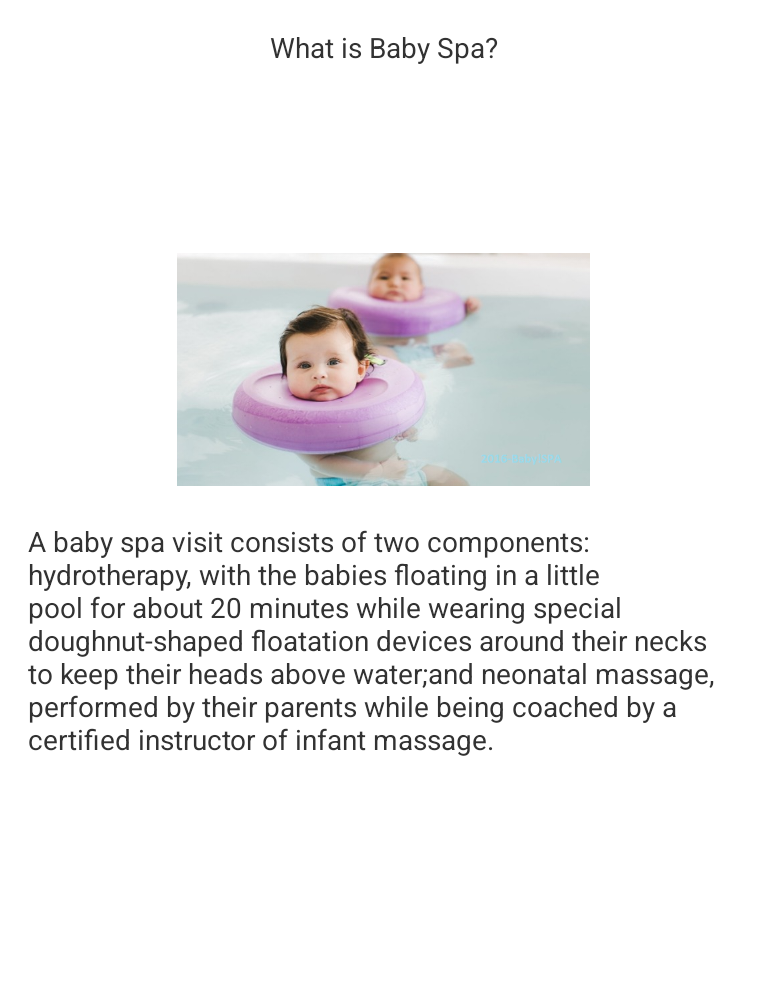
Repository: prettyamalia12/babyspa
Layout: Baby!SPA/res/layout/babymassage.xml
These files come from the project's save history. The layout is drawn as it stood at one moment and after the next save; the edit follows.
The pictures show rows 0 to 1002 of an output 1280 px tall.
Pictures or frames that could not be fetched are drawn as grey boxes. It is drawn on a 768 x 1280 px phone screen (xhdpi) without system bars, with theme AppTheme; the app's code is not run.

Above is the layout before, as saved 2016-12-02 04:49:44.

### Baby!SPA/res/layout/babymassage.xml
<?xml version="1.0" encoding="utf-8"?>
<RelativeLayout xmlns:android="http://schemas.android.com/apk/res/android"
    android:layout_width="fill_parent"
    android:layout_height="wrap_content"
    android:background="#FFFFFF"
    android:orientation="vertical"
    android:padding="14dp" >

    <ScrollView
        android:id="@+id/scroll"
        android:layout_width="fill_parent"
        android:layout_height="fill_parent"
        android:layout_above="@+id/feedback_send"
        android:fillViewport="true" >

        <RelativeLayout
            android:id="@+id/container"
            android:layout_width="fill_parent"
            android:layout_height="wrap_content" >

            <VideoView
                android:id="@+id/videoView1"
                android:layout_width="300dp"
                android:layout_height="125dp"
                android:layout_alignParentBottom="true"
                android:layout_centerHorizontal="true" />

            <TextView
                android:id="@+id/textViewisi"
                android:layout_width="wrap_content"
                android:layout_height="wrap_content"
                android:layout_alignParentLeft="true"
                android:layout_centerVertical="true"
                android:text="A baby spa visit consists of two components: hydrotherapy, with the babies floating in a little pool for about 20 minutes while wearing special doughnut-shaped floatation devices around their necks to keep their heads above water;and neonatal massage, performed by their parents while being coached by a certified instructor of infant massage." />

            <ImageView
                android:id="@+id/imageView2"
                android:layout_width="wrap_content"
                android:layout_height="wrap_content"
                android:layout_above="@+id/textViewisi"
                android:layout_centerHorizontal="true"
                android:layout_marginBottom="18dp"
                android:src="@drawable/footers" />

        </RelativeLayout>
    </ScrollView>

    <TextView
        android:id="@+id/textViewtitle"
        android:layout_width="wrap_content"
        android:layout_height="wrap_content"
        android:layout_alignTop="@+id/scroll"
        android:layout_centerHorizontal="true"
        android:text="What is Baby Spa?" />

</RelativeLayout>

Loaded but not shown: Baby!SPA/res/values/styles.xml (common file); Baby!SPA/res/values-v11/styles.xml (common file); Baby!SPA/res/values-v14/styles.xml (common file)

After the next save:
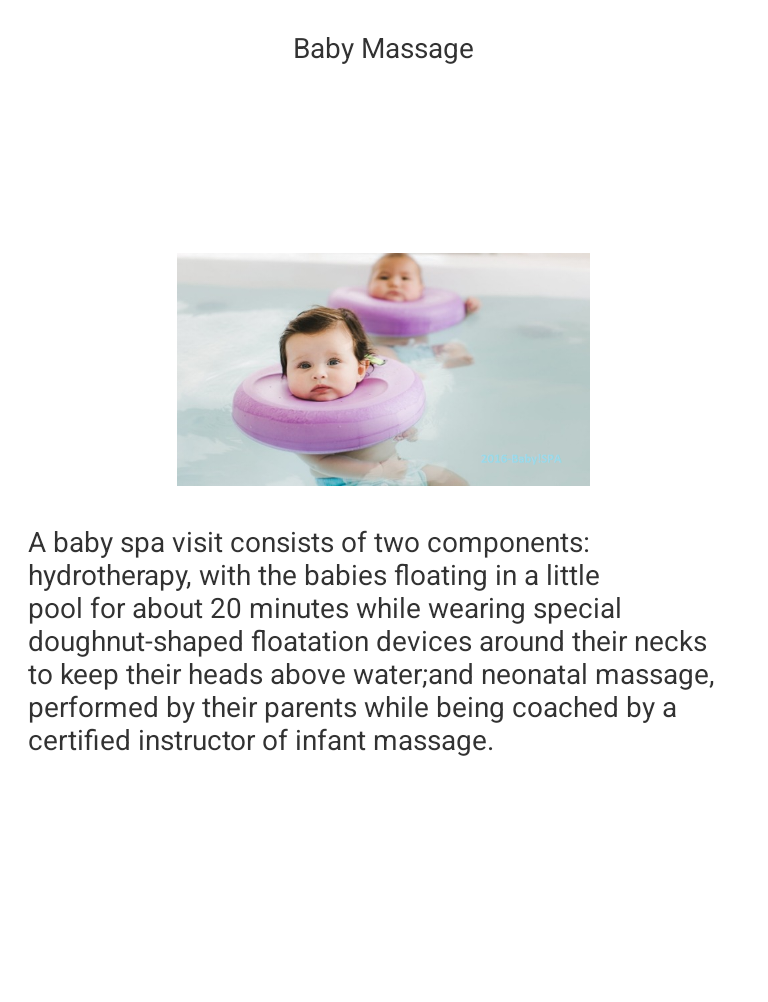
Saved 45 s later.
--- a/Baby!SPA/res/layout/babymassage.xml
+++ b/Baby!SPA/res/layout/babymassage.xml
@@ -51,6 +51,6 @@
         android:layout_height="wrap_content"
         android:layout_alignTop="@+id/scroll"
         android:layout_centerHorizontal="true"
-        android:text="What is Baby Spa?" />
+        android:text="Baby Massage" />
 
 </RelativeLayout>
